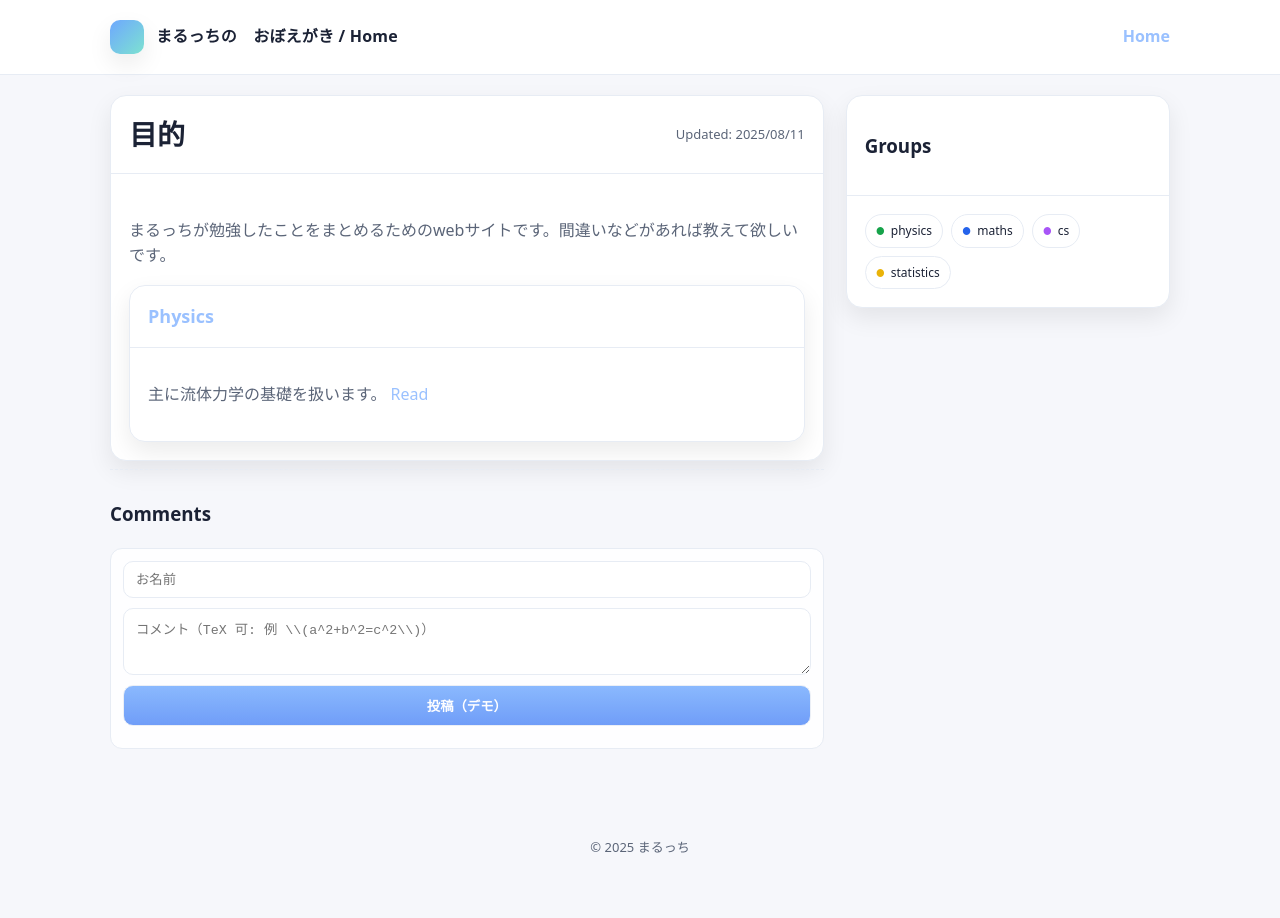
Repository: Riki-Mochimaru/tureduretunedune
Page: index.html
These files come from the project's save history. The page is drawn as it stood at one moment and after the next save; the edit follows.
The browser window is 1280 px wide. The pictures show the whole page.

Above is the page before, as saved 2025-08-11 23:46:18.

After the next save:
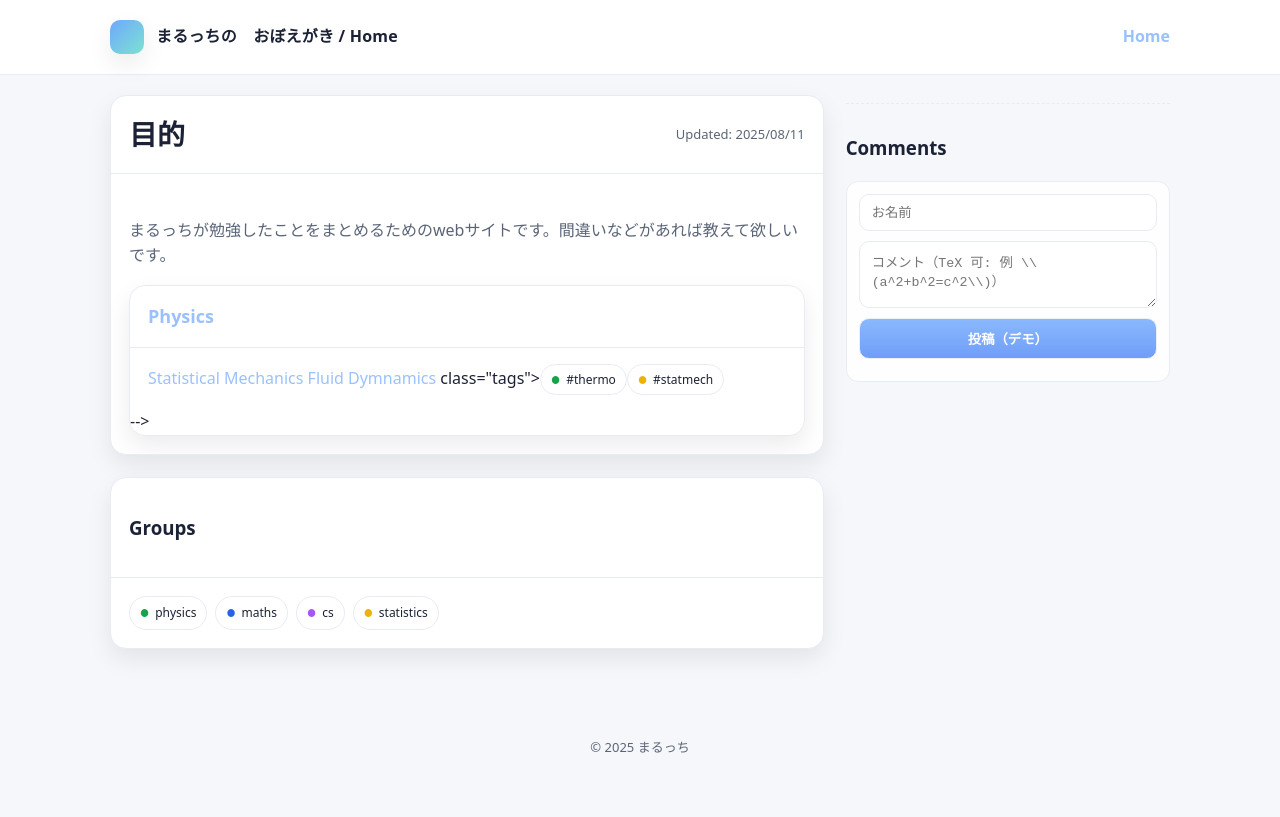
Saved 74 s later.
--- a/index.html
+++ b/index.html
@@ -38,10 +38,8 @@
               <a href="physics/">Physics</a>
               </h2></div>
               <div class="bd">
-                <!-- <div class="meta"><span>Topic: Fluid Dynamics</span></div> -->
-                <p class="lead">主に流体力学の基礎を扱います。
-                  <a href="FluidDynamics/">Read</a></p>
-                <!-- <div class="tags"><span class="tag" data-g="phys">#thermo</span><span class="tag" data-g="stats">#statmech</span></div> -->
+                <a href="physics/SM/">Statistical Mechanics</a>
+                <a href="physics/FluidDynamics/">Fluid Dymnamics</a>   class="tags"><span class="tag" data-g="phys">#thermo</span><span class="tag" data-g="stats">#statmech</span></div> -->
               </div>
             </article>
 
